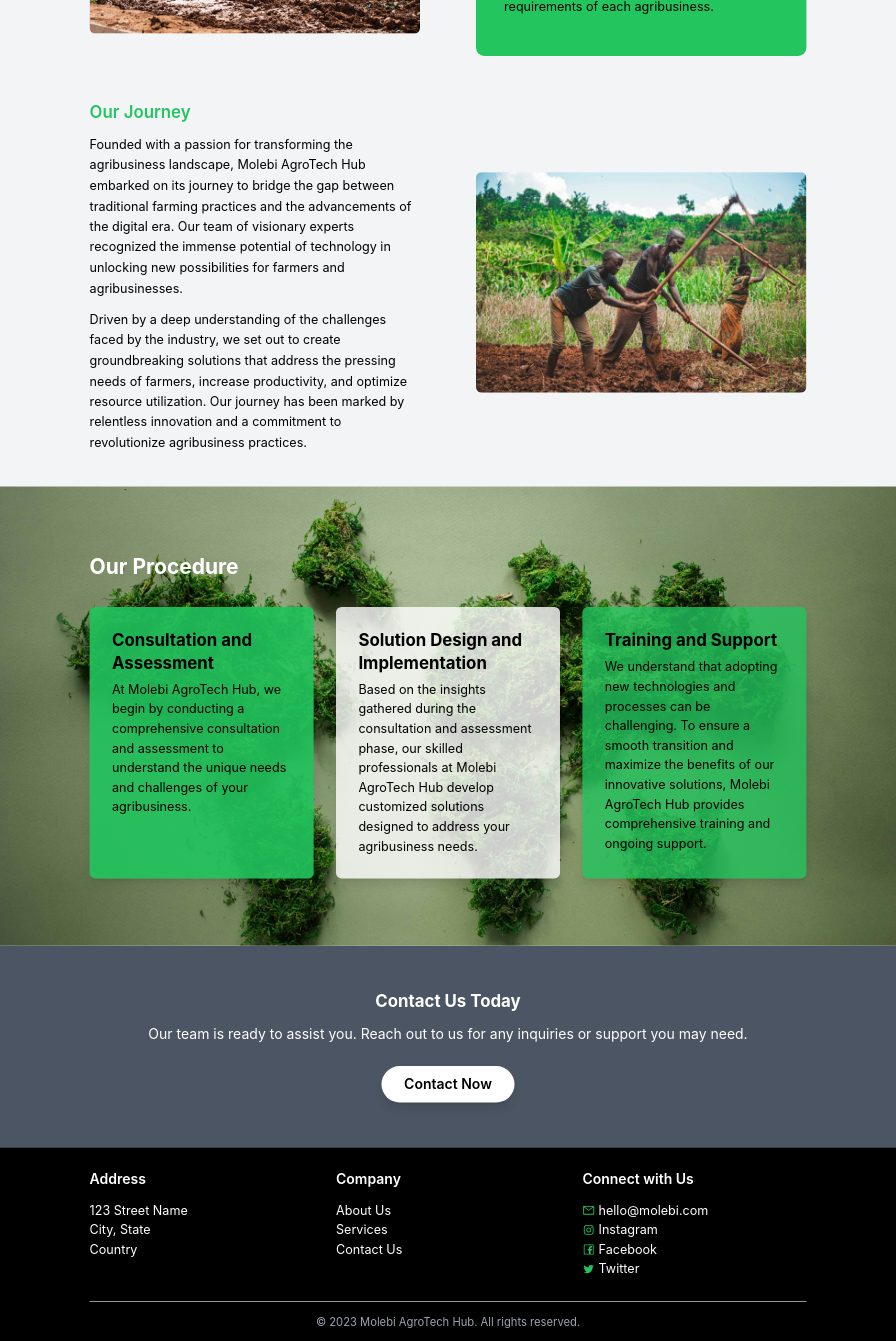
Repository: akinolapo/agric-tech
Page: /about
The author's editor kept a copy of each file at every save. The page is drawn from the files as they stood at one save, then again after a run of saves.
The browser window is 1280 px wide. The pictures show the part of the page from y = 920 to 2840 px (the page is 2836 px tall before and 2840 px after), at 70% of full size.
The project was rebuilt for these pictures with package versions that can differ from the ones it lists, and the page was loaded fresh each time. Also part of the build but not shown: src/components/Hero.jsx, src/components/ImageText.jsx, src/components/TwoColumnMasonry.jsx, src/components/TwoColumnComponent.jsx, src/App.jsx.

Above is the page before, as saved 2023-05-28 20:43:21.

After the next 3 saves:
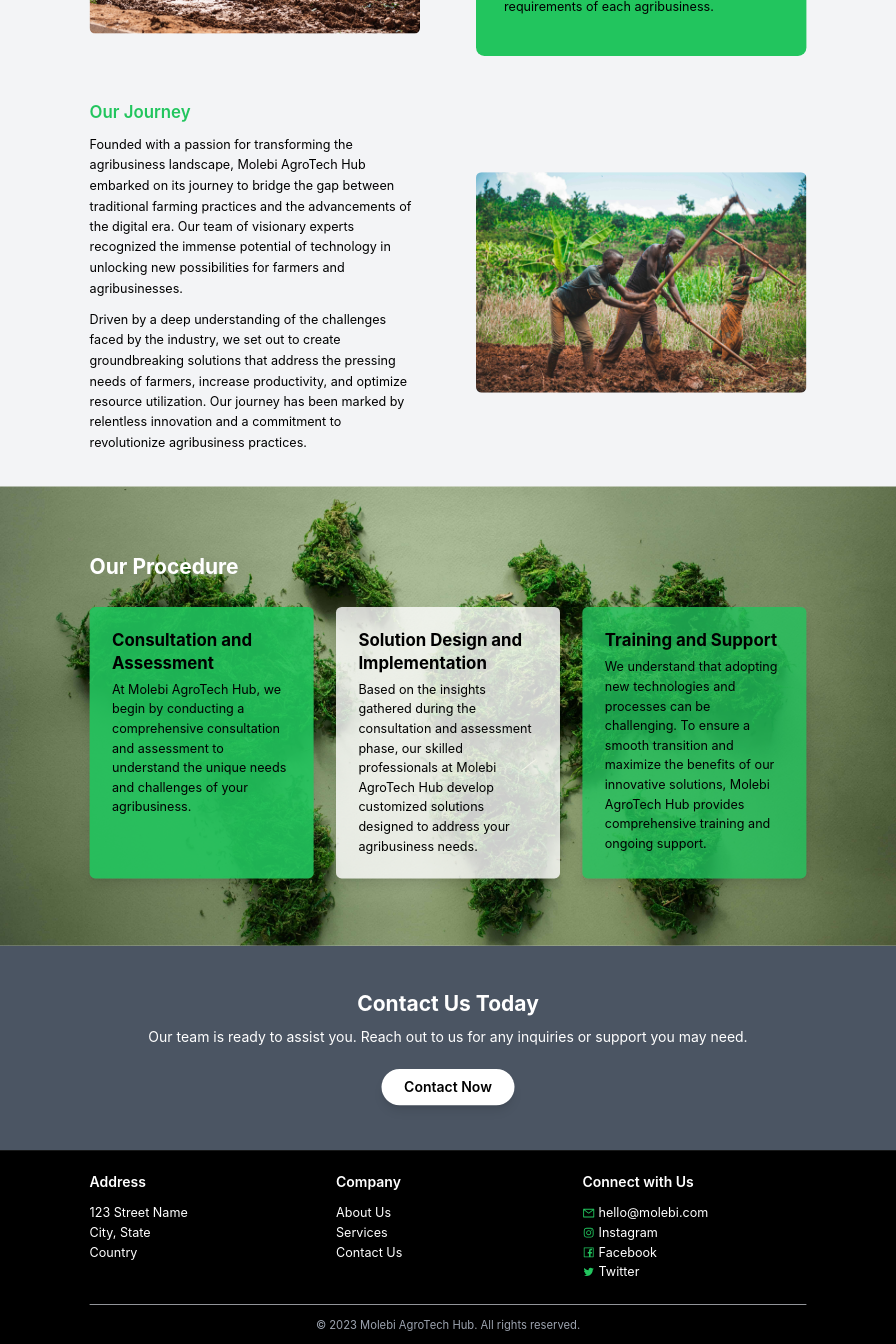
The 3 saves are shown as one change because they came seconds apart.
The last was saved 12 s later.
--- a/src/components/CTA.jsx
+++ b/src/components/CTA.jsx
@@ -3,7 +3,7 @@ import React from 'react';
 const CTA = () => {
   return (
     <div className="text-white bg-gray-600 text-center py-8 px-4 sm:py-16 sm:px-8">
-      <h1 className="text-2xl font-bold mb-4">Contact Us Today</h1>
+      <h3 className="text-3xl font-bold mb-4">Contact Us Today</h3>
       <p className="text-lg sm:text-xl mb-8">
         Our team is ready to assist you. Reach out to us for any inquiries or support you may need.
       </p>
